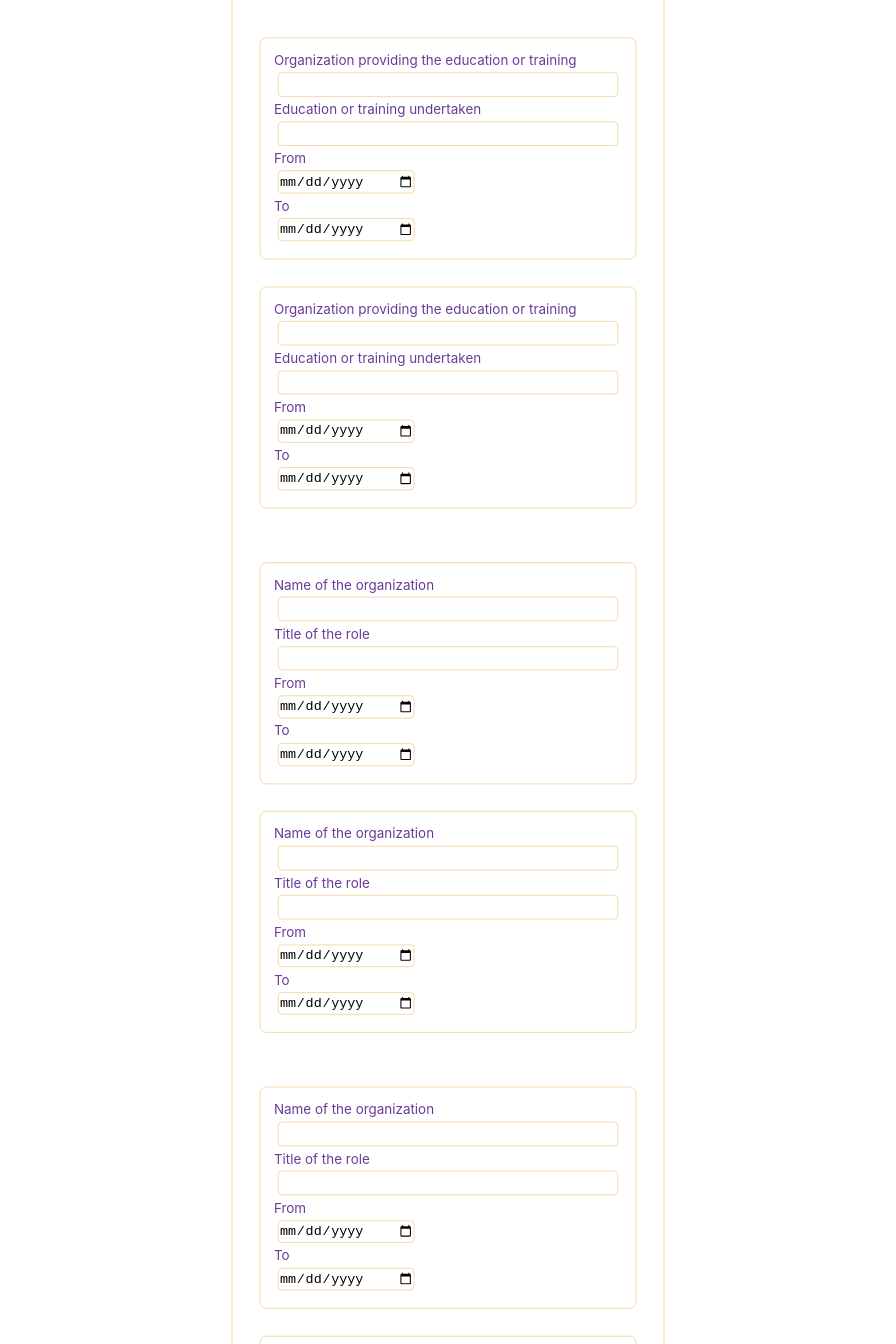
Repository: 0101chaitanya/resume-app
Page: /
The author's editor kept a copy of each file at every save. The page is drawn from the files as they stood at one save, then again after the next save.
The browser window is 1280 px wide. The pictures show the part of the page from y = 659 to 2579 px (the page is 3427 px tall), at 70% of full size.
The project was rebuilt for these pictures with package versions that can differ from the ones it lists, and the page was loaded fresh each time.

Above is the page before, as saved 2021-07-28 18:34:53.

After the next save:
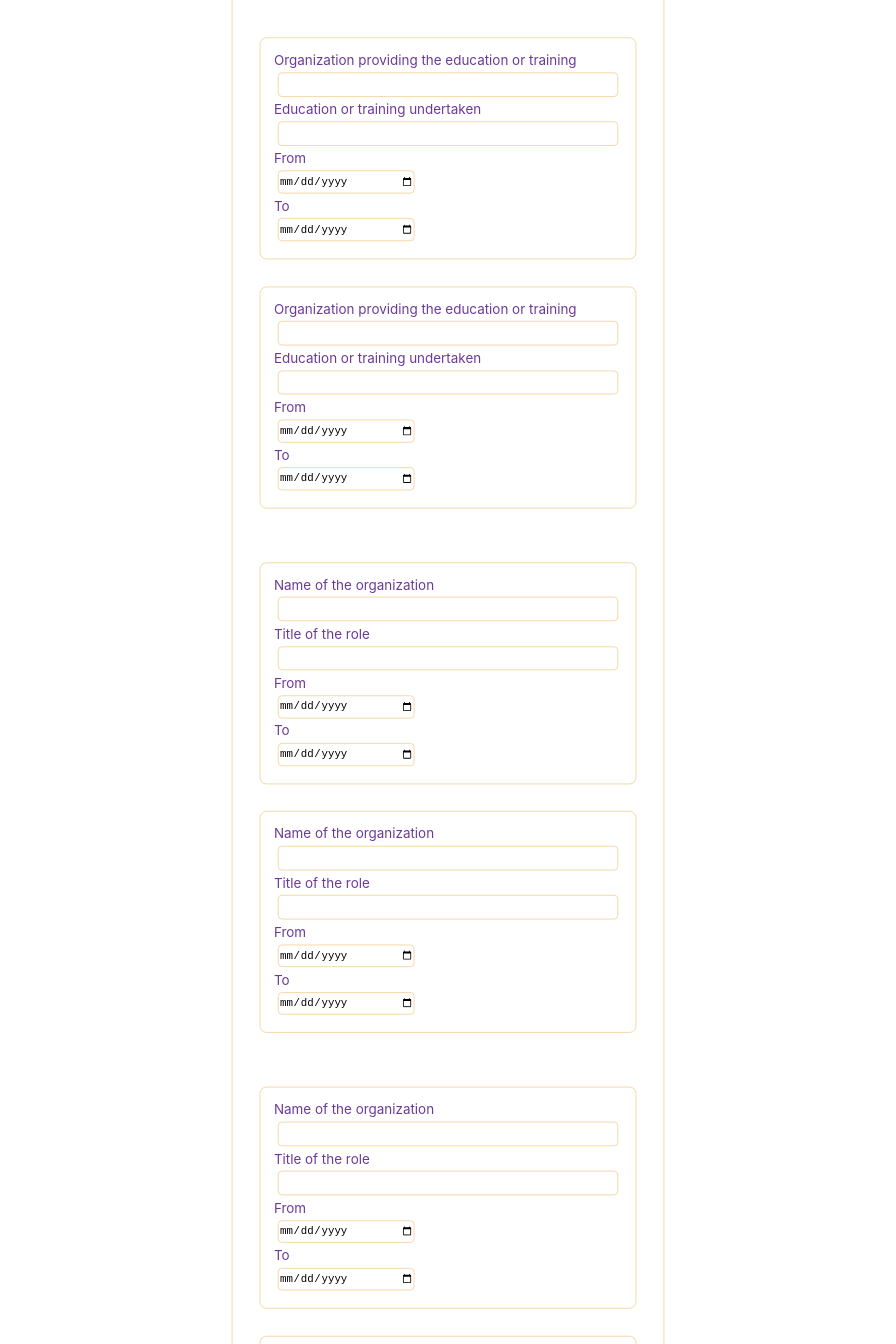
Saved 14 s later.
--- a/src/App.css
+++ b/src/App.css
@@ -8,7 +8,7 @@ input {
   height: 1.6rem;
   border: 0.1rem solid rgb(243, 200, 135);
   border-radius: 0.3rem;
-  font-size: 1rem;
+  font-size: 0.8rem;
 }
 .app {
   margin: auto;
